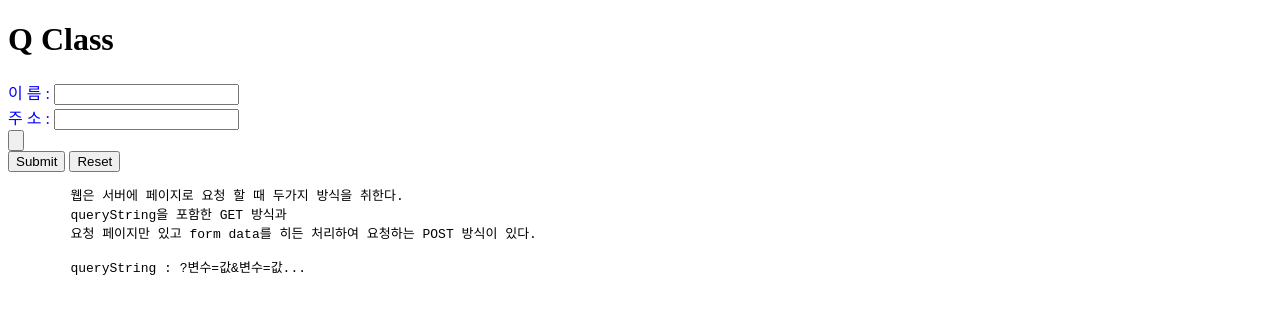
Repository: RUCKUSJERRY/JavaOfKH
Page: Java19_URI_Web/WebContent/index.html
These files come from the project's save history. The page is drawn as it stood at one moment and after the next save; the edit follows.
The browser window is 1280 px wide. The pictures show the whole page.

Above is the page before, as saved 2020-12-16 01:17:17.

After the next save:
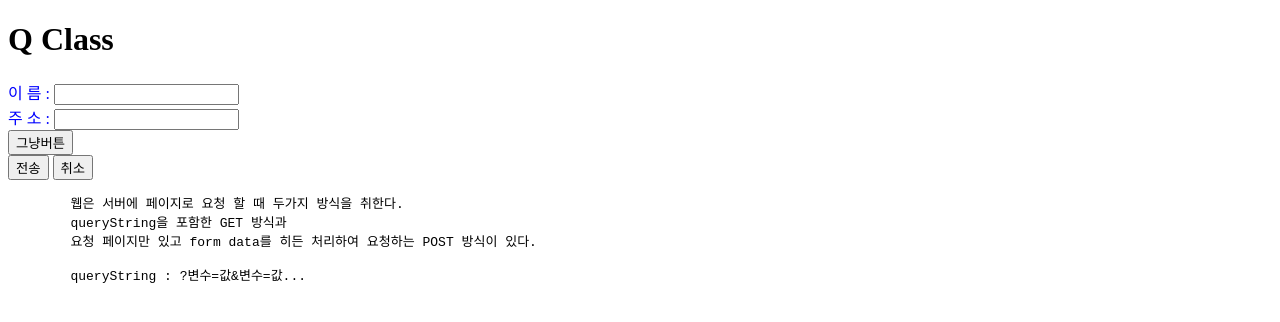
Saved 3 min 13 s later.
--- a/Java19_URI_Web/WebContent/index.html
+++ b/Java19_URI_Web/WebContent/index.html
@@ -12,9 +12,9 @@
 		<form action="res.jsp" method="get">
 			이 름 : <input type= "text" name= "name"/><br/>
 			주 소 : <input type= "text" name= "addr"/><br/>
-			<input type= "button" name="그냥버튼" /><br/>
-			<input type= "submit" name= "전송"/>
-			<input type= "reset" name= "취소">
+			<input type= "button" value="그냥버튼" /><br/>
+			<input type= "submit" value= "전송"/>
+			<input type= "reset" value= "취소">
 		</form>
 	</div>
 	<pre>
